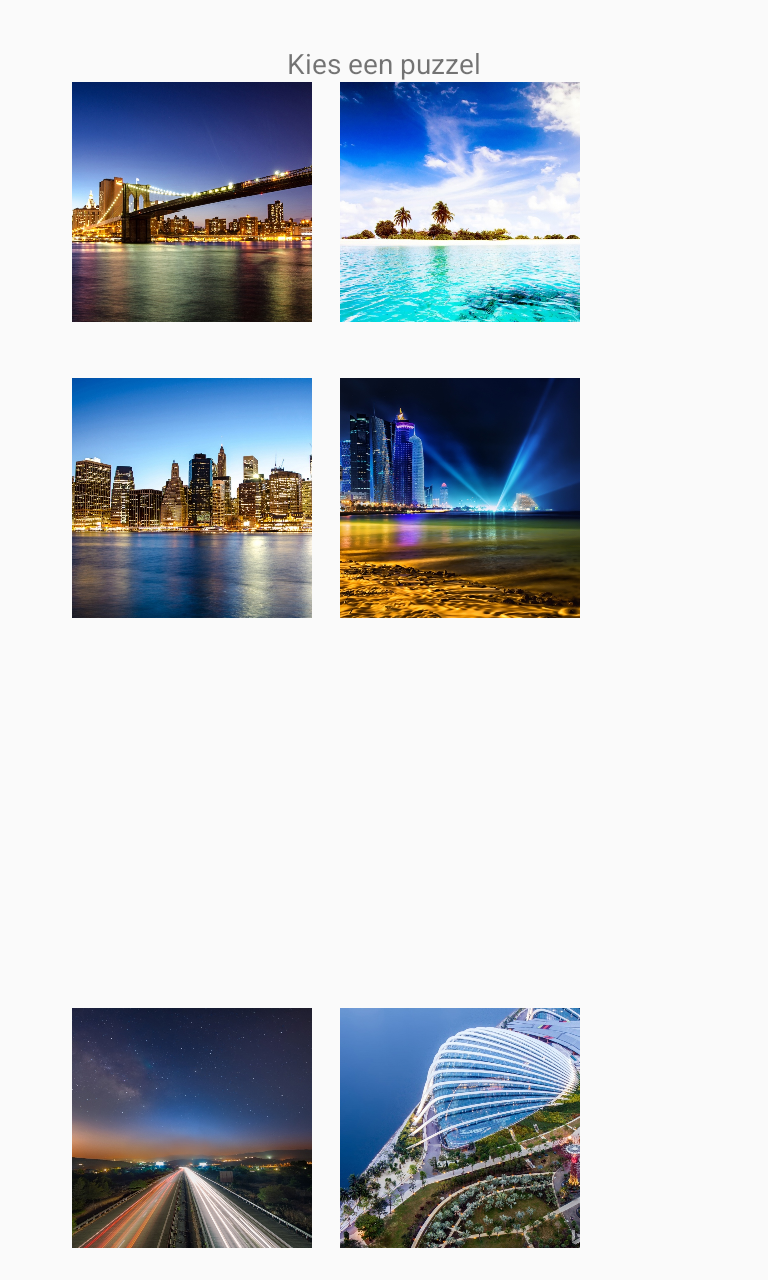
Repository: MarcSelles/nPuzzle10447768
Layout: NPuzzle10447768/res/layout/activity_main.xml
An editor plug-in stored every save of this project. The layout is shown before and after the next save, followed by the edit.
It is drawn on a 768 x 1280 px phone screen (xhdpi) without system bars, with theme AppTheme; the app's code is not run.

Above is the layout before, as saved 2014-11-23 13:26:57.

After the next save:
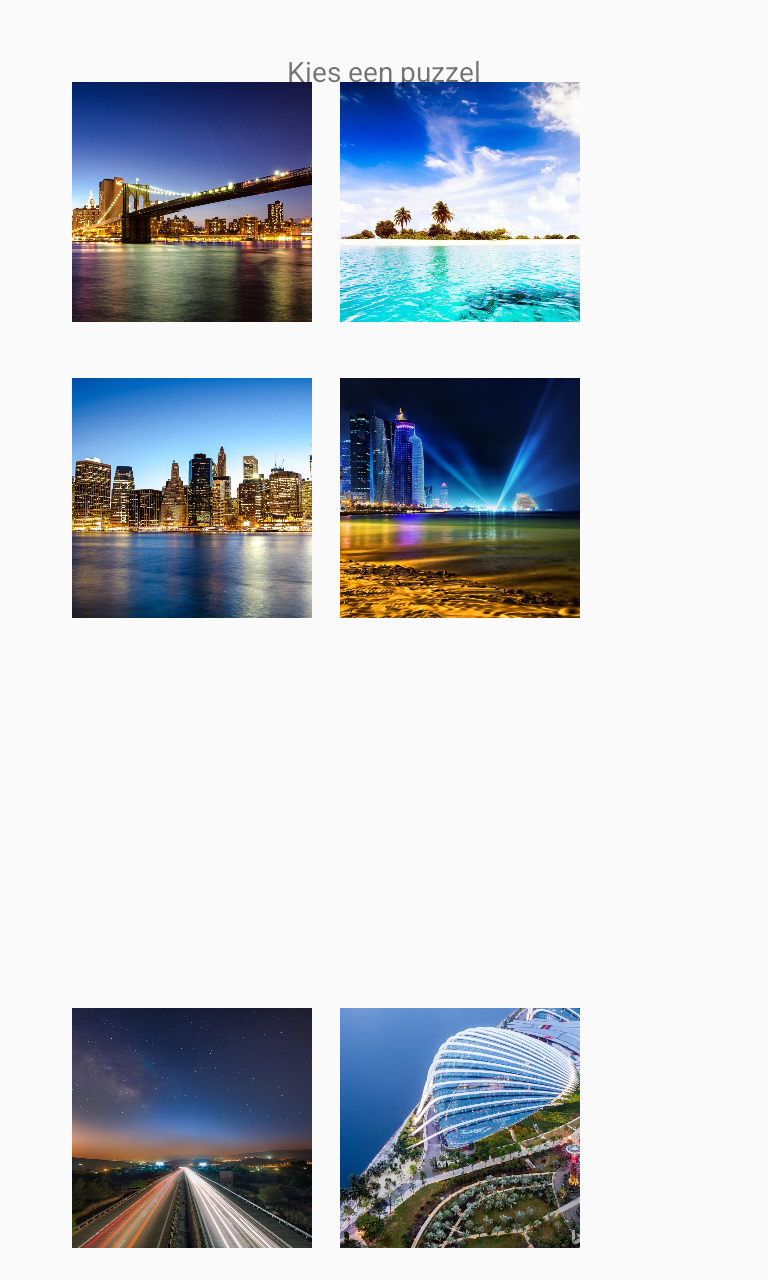
Saved 30 s later.
--- a/NPuzzle10447768/res/layout/activity_main.xml
+++ b/NPuzzle10447768/res/layout/activity_main.xml
@@ -69,7 +69,7 @@
     <TextView
         android:layout_width="wrap_content"
         android:layout_height="wrap_content"
-        android:layout_above="@+id/imageView2"
+        android:layout_marginTop="10dp"
         android:layout_centerHorizontal="true"
         android:text="@string/choose_image" />
 
